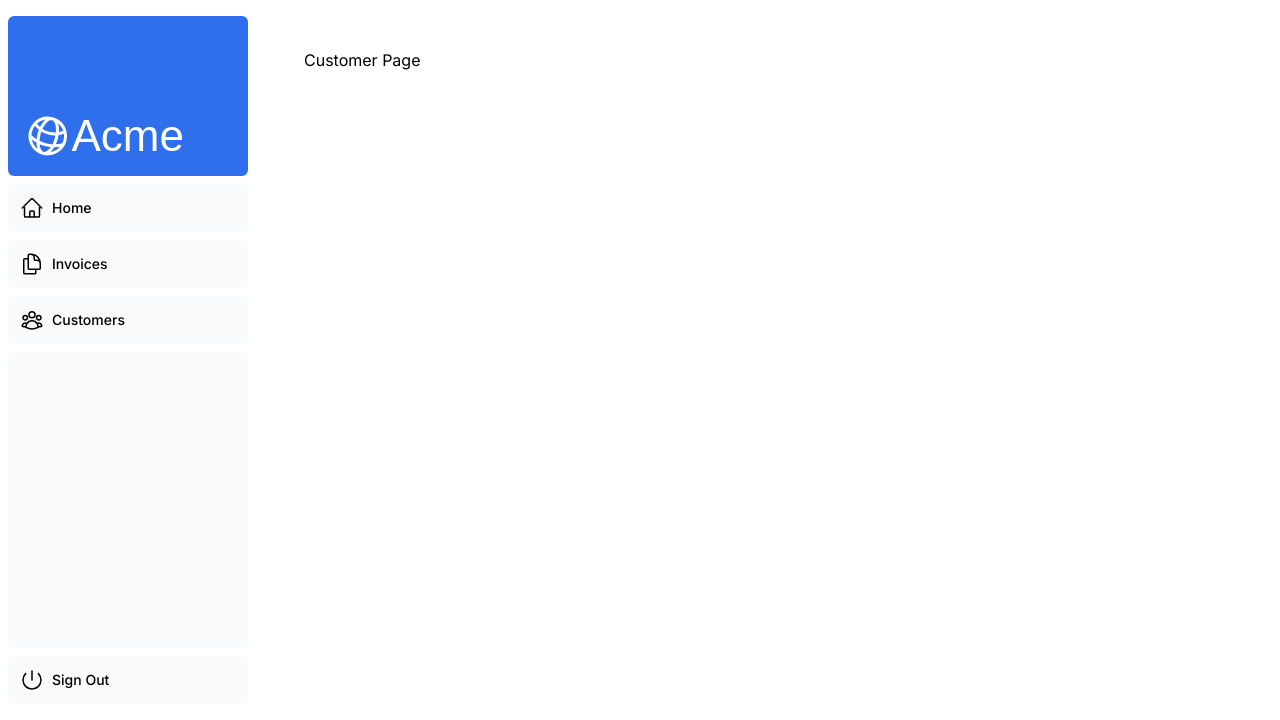
Repository: yasserrrz/Next-Dashboard
Page: /dashboard/customer
These files come from the project's save history. The page is drawn as it stood at one moment and after the next save; the edit follows.
The browser window is 1280 px wide. The pictures show the whole page.
Some web fonts or font styles are not loaded; a fallback is used. The project was rebuilt for these pictures with package versions that can differ from the ones it lists, and the page was loaded fresh each time. The framework's server and built-in components were replaced by stand-ins that run in the browser. Also part of the build but not shown: next.config.mjs.

Above is the page before, as saved 2024-08-01 19:46:06.

### app/dashboard/customer/page.tsx


export default function CustomerPage  () {
    return (
      <div><p>Customer Page</p></div>
    )
  }

### app/ui/fonts.ts
import { Inter, Lusitana  } from 'next/font/google';

export const inter = Inter({ subsets: ['latin'] });
export const lusitana = Lusitana({ weight: ['400', '700'] , subsets: ['latin'] });

### app/ui/dashboard/sidenav.tsx
import Link from 'next/link';
import NavLinks from '@/app/ui/dashboard/nav-links';
import AcmeLogo from '@/app/ui/acme-logo';
import { PowerIcon } from '@heroicons/react/24/outline';

export default function SideNav() {
  return (
    <div className="flex h-full flex-col px-3 py-4 md:px-2">
      <Link
        className="mb-2 flex h-20 items-end justify-start rounded-md bg-blue-600 p-4 md:h-40"
        href="/"
      >
        <div className="w-32 text-white md:w-40">
          <AcmeLogo />
        </div>
      </Link>
      <div className="flex grow flex-row justify-between space-x-2 md:flex-col md:space-x-0 md:space-y-2">
        <NavLinks />
        <div className="hidden h-auto w-full grow rounded-md bg-gray-50 md:block"></div>
        <form>
          <button className="flex h-[48px] w-full grow items-center justify-center gap-2 rounded-md bg-gray-50 p-3 text-sm font-medium hover:bg-sky-100 hover:text-blue-600 md:flex-none md:justify-start md:p-2 md:px-3">
            <PowerIcon className="w-6" />
            <div className="hidden md:block">Sign Out</div>
          </button>
        </form>
      </div>
    </div>
  );
}

### app/ui/dashboard/nav-links.tsx
"use client";
import {
  UserGroupIcon,
  HomeIcon,
  DocumentDuplicateIcon,
} from '@heroicons/react/24/outline';
import clsx from 'clsx';
import Link from 'next/link';
import { usePathname } from 'next/navigation';
// Map of links to display in the side navigation.
// Depending on the size of the application, this would be stored in a database.
const links = [
  { name: 'Home', href: '/dashboard', icon: HomeIcon },
  {
    name: 'Invoices',
    href: '/dashboard/invoices',
    icon: DocumentDuplicateIcon,
  },
  { name: 'Customers', href: '/dashboard/customers', icon: UserGroupIcon },
];

export default function NavLinks() {
  const pathname = usePathname();

  return (
    <>
      {links.map((link) => {
        const LinkIcon = link.icon;
        return (
          <Link
            key={link.name}
            href={link.href}
            className={clsx(
              'flex h-[48px] grow items-center justify-center gap-2 rounded-md bg-gray-50 p-3 text-sm font-medium hover:bg-sky-100 hover:text-blue-600 md:flex-none md:justify-start md:p-2 md:px-3',
                // {
                //   'bg-sky-100 text-blue-600': pathname === link.href,
                // },
            )}
          >
            <LinkIcon className="w-6" />
            <p className="hidden md:block">{link.name}</p>
          </Link>
        );
      })}
    </>
  );
}

Loaded but not shown: app/layout.tsx (common file); app/dashboard/layout.tsx (common file); app/ui/global.css (common file); app/ui/acme-logo.tsx (common file); tailwind.config.ts (common file)

After the next save:
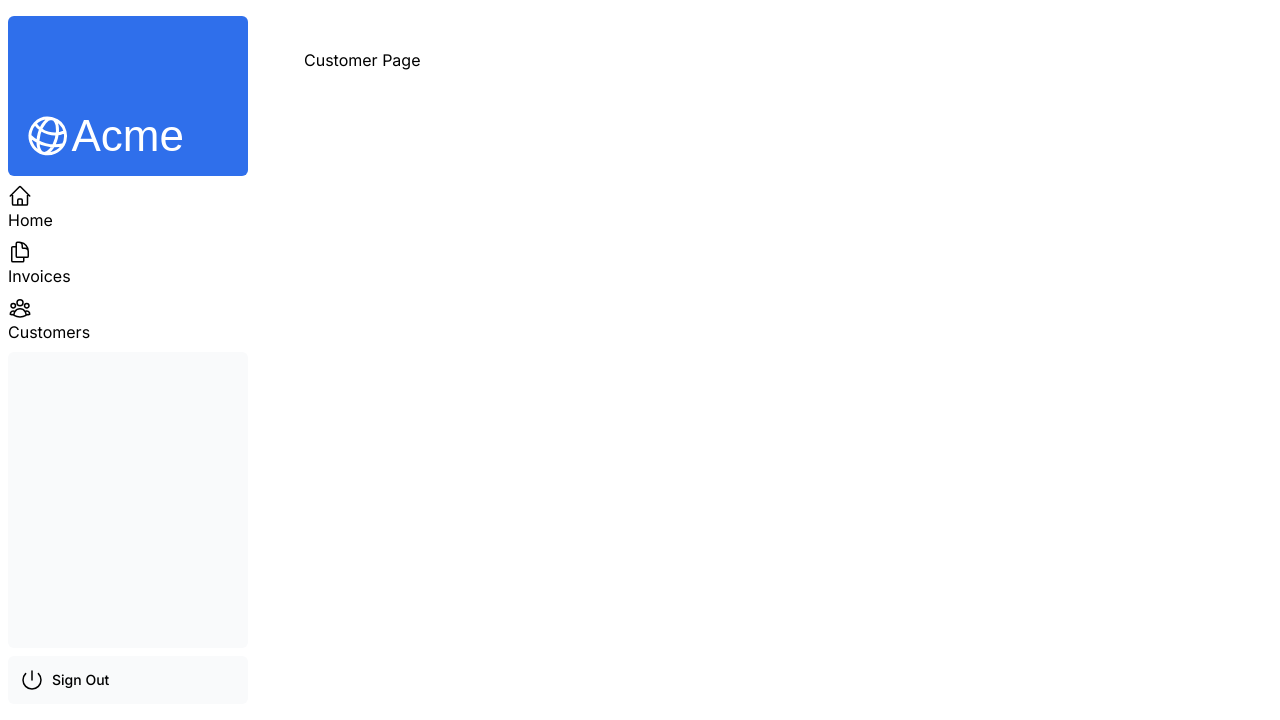
Saved 17 s later.
--- a/app/ui/dashboard/nav-links.tsx
+++ b/app/ui/dashboard/nav-links.tsx
@@ -30,12 +30,12 @@
           <Link
             key={link.name}
             href={link.href}
-            className={clsx(
-              'flex h-[48px] grow items-center justify-center gap-2 rounded-md bg-gray-50 p-3 text-sm font-medium hover:bg-sky-100 hover:text-blue-600 md:flex-none md:justify-start md:p-2 md:px-3',
-                // {
-                //   'bg-sky-100 text-blue-600': pathname === link.href,
-                // },
-            )}
+            // className={clsx(
+            //   'flex h-[48px] grow items-center justify-center gap-2 rounded-md bg-gray-50 p-3 text-sm font-medium hover:bg-sky-100 hover:text-blue-600 md:flex-none md:justify-start md:p-2 md:px-3',
+            //     // {
+            //     //   'bg-sky-100 text-blue-600': pathname === link.href,
+            //     // },
+            // )}
           >
             <LinkIcon className="w-6" />
             <p className="hidden md:block">{link.name}</p>

After the 4 saves that followed:
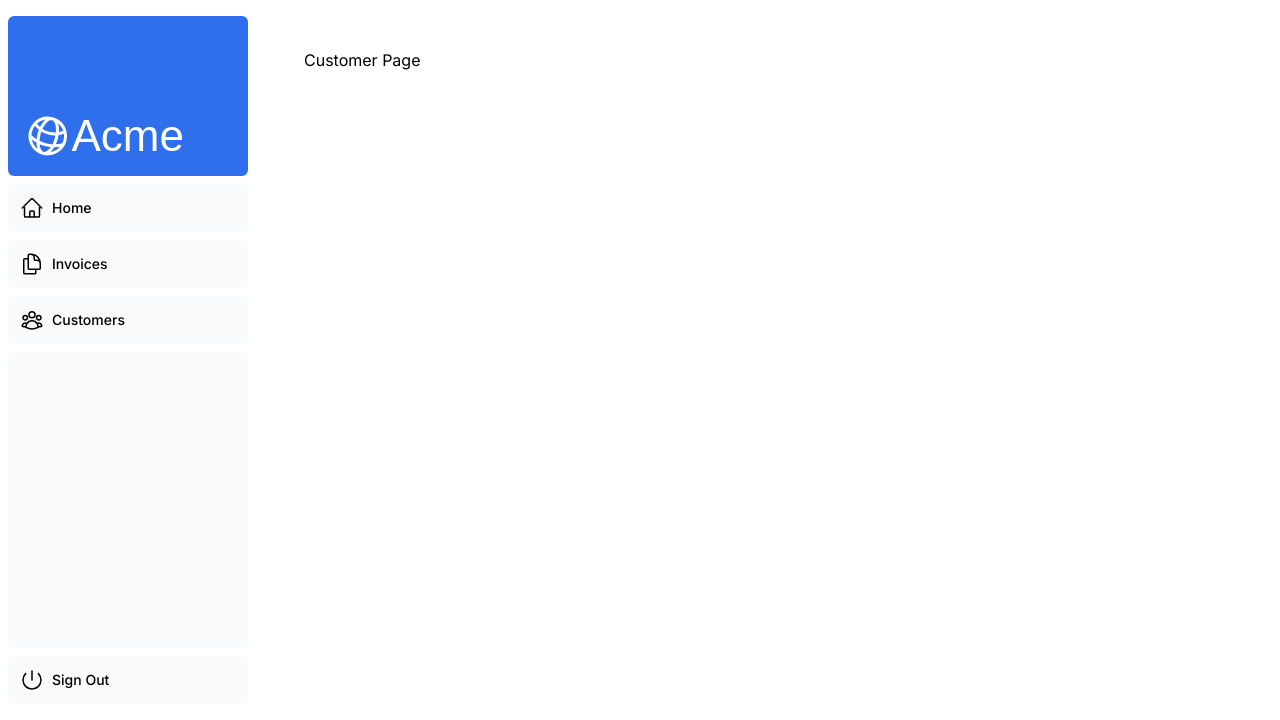
The 4 saves are shown as one change because 1 did not build or start and 2 left the picture as it was.
The last was saved 65 s later.
--- a/app/ui/dashboard/nav-links.tsx
+++ b/app/ui/dashboard/nav-links.tsx
@@ -1,4 +1,4 @@
-"use client";
+"use ";
 import {
   UserGroupIcon,
   HomeIcon,
@@ -30,12 +30,12 @@
           <Link
             key={link.name}
             href={link.href}
-            // className={clsx(
-            //   'flex h-[48px] grow items-center justify-center gap-2 rounded-md bg-gray-50 p-3 text-sm font-medium hover:bg-sky-100 hover:text-blue-600 md:flex-none md:justify-start md:p-2 md:px-3',
-            //     // {
-            //     //   'bg-sky-100 text-blue-600': pathname === link.href,
-            //     // },
-            // )}
+            className={clsx(
+              'flex h-[48px] grow items-center justify-center gap-2 rounded-md bg-gray-50 p-3 text-sm font-medium hover:bg-sky-100 hover:text-blue-600 md:flex-none md:justify-start md:p-2 md:px-3',
+              {
+                'bg-sky-100 text-blue-600': pathname === link.href,
+              },
+            )}
           >
             <LinkIcon className="w-6" />
             <p className="hidden md:block">{link.name}</p>
